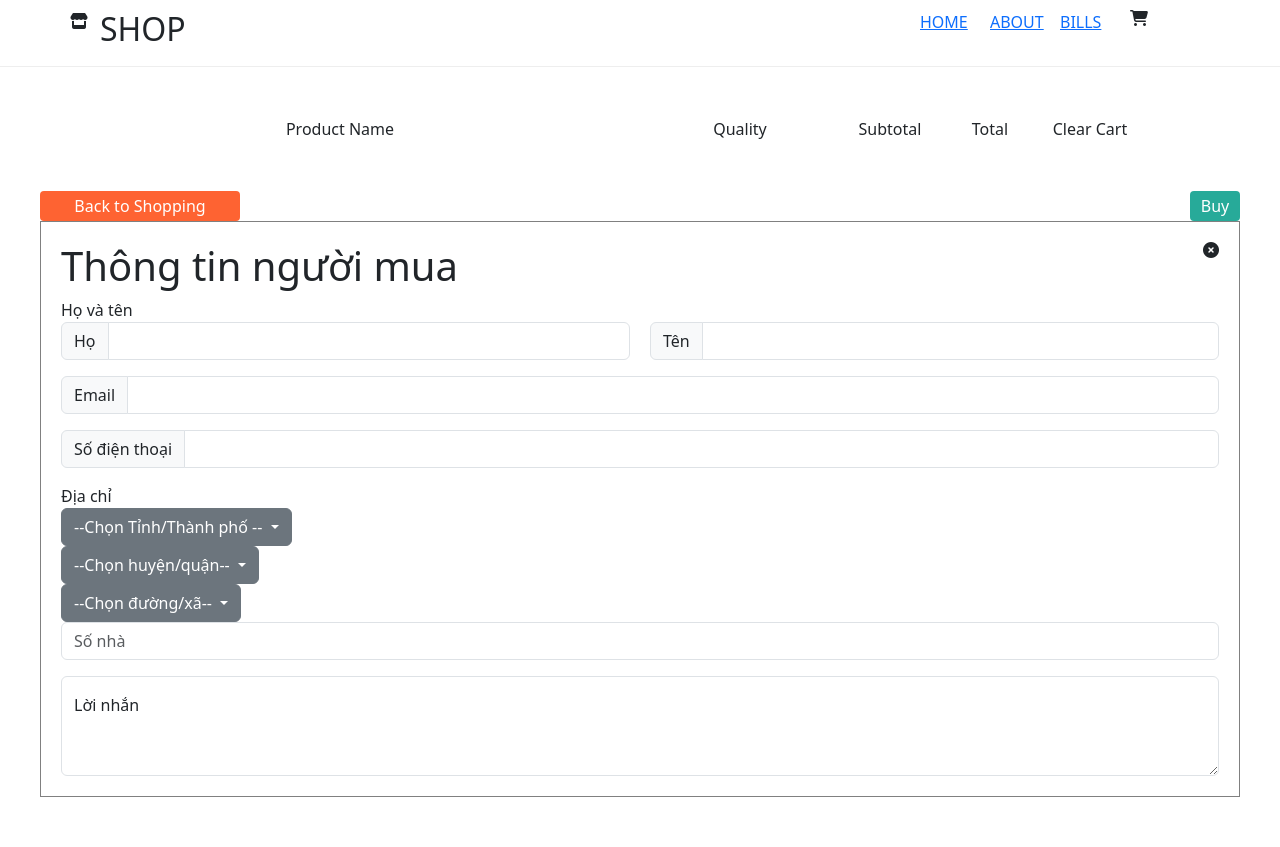
Repository: nguyenhaidang212/danh-sach-ban-hang
Page: index.html
These files come from the project's save history. The page is drawn as it stood at one moment and after the next save; the edit follows.
The browser window is 1280 px wide. The pictures show the whole page.
Some web libraries are served in a nearby version.

Above is the page before, as saved 2023-02-10 14:49:48.

After the next save:
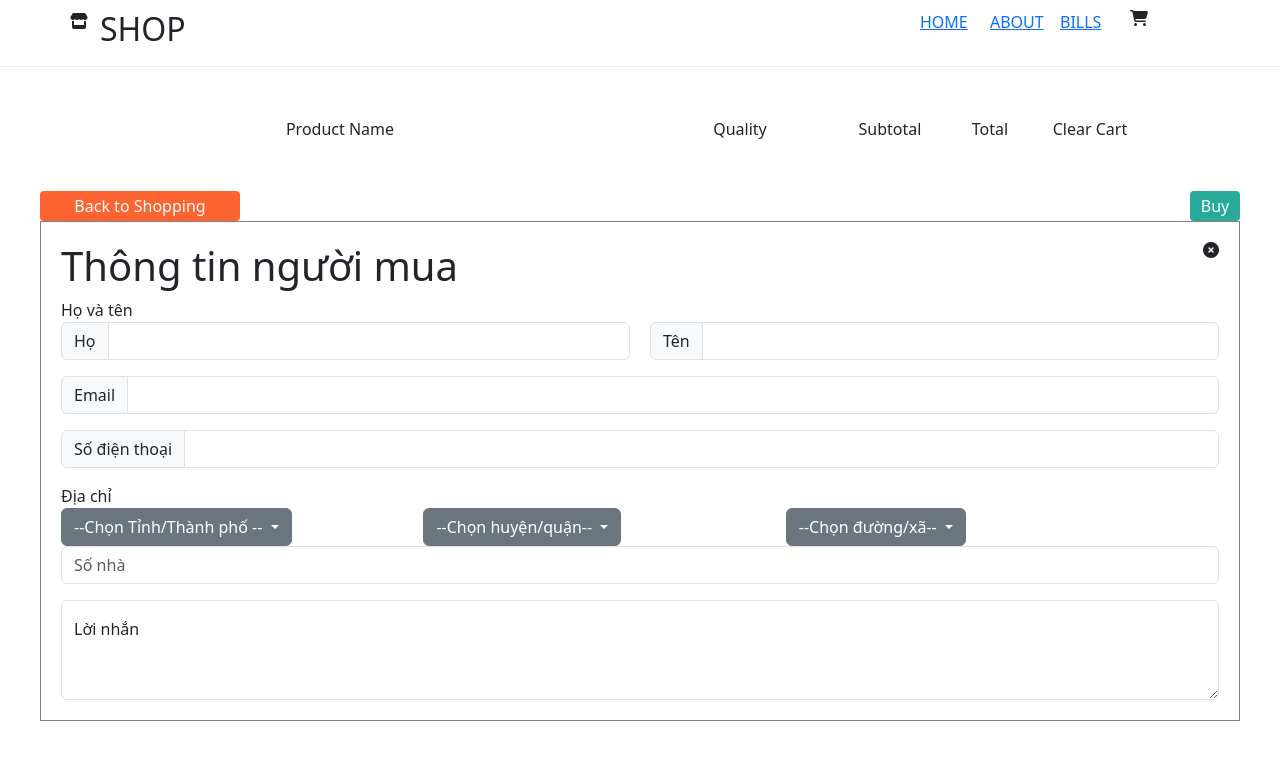
Saved 24 s later.
--- a/style.css
+++ b/style.css
@@ -174,3 +174,8 @@ main {
   grid-template-columns: 45% 45%;
   column-gap: 20px;
 }
+.address {
+  display: grid;
+  grid-template-columns: 30% 30% 30%;
+  column-gap: 15px;
+}
